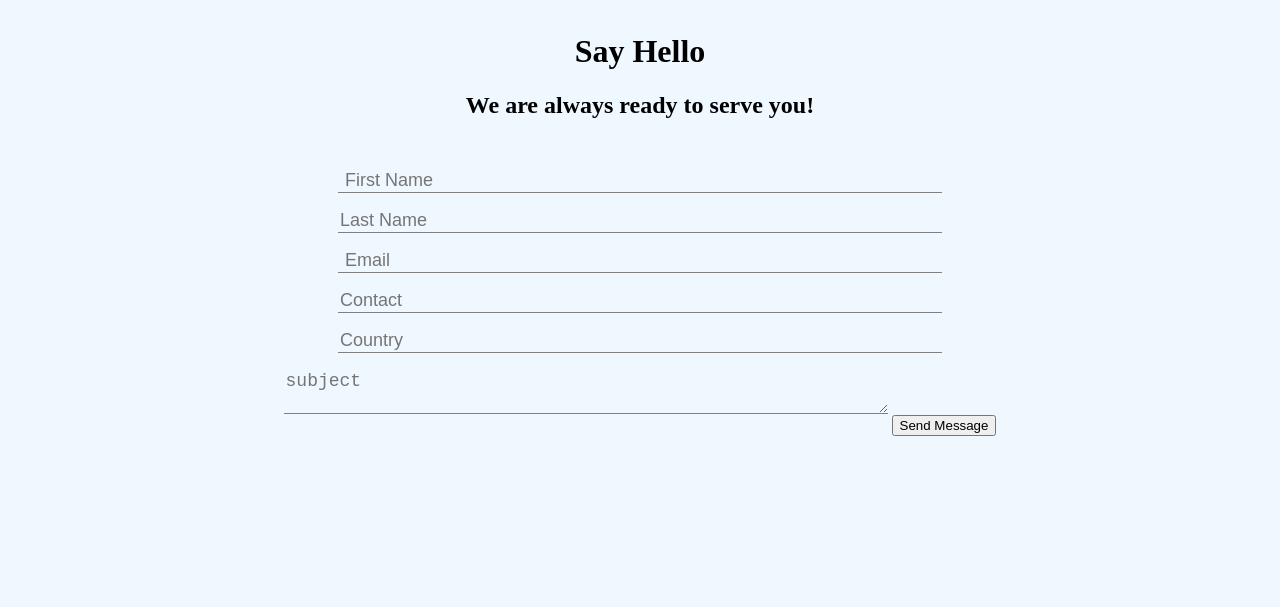
Repository: Owusuharriet/HW1-HAMAH.index.html
Page: index.htm
An editor plug-in stored every save of this project. The page is shown before and after the next save, followed by the edit.
The browser window is 1280 px wide. The pictures show the whole page.

Above is the page before, as saved 2020-08-03 23:16:58.

After the next save:
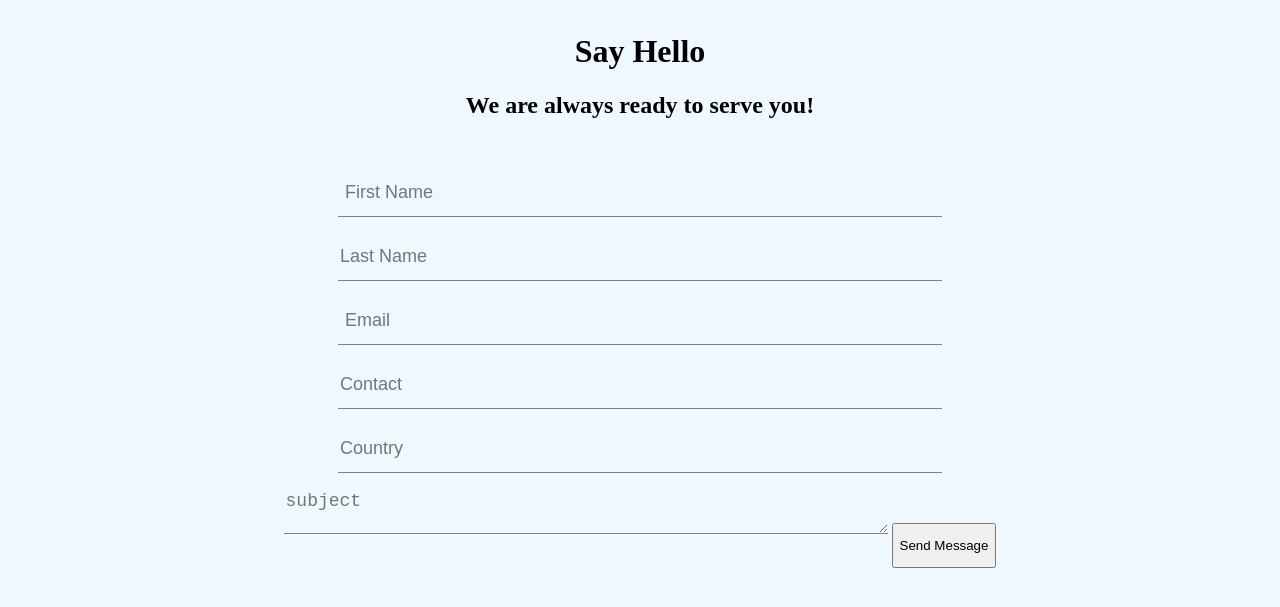
Saved 4 s later.
--- a/style.css
+++ b/style.css
@@ -41,5 +41,5 @@ form{
 }
 
 input{
-    height: ;
+    height: 45px;
 }
